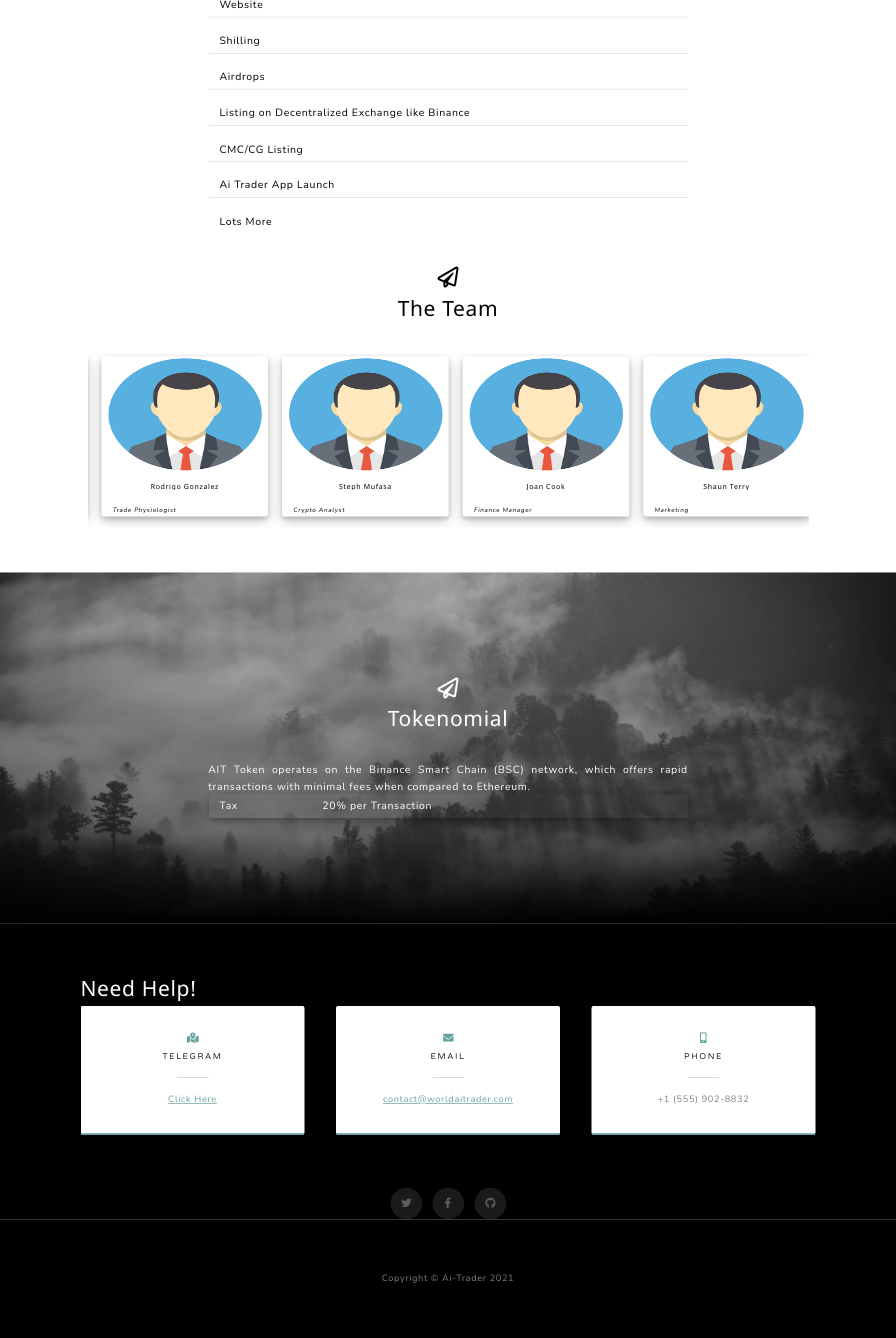
Repository: seyicoded/ico_one
Page: index.html
These files come from the project's save history. The page is drawn as it stood at one moment and after the next save; the edit follows.
The browser window is 1280 px wide. The pictures show the part of the page from y = 3307 to 5227 px (the page is 5219 px tall before and 5227 px after), at 70% of full size.

Above is the page before, as saved 2022-03-08 15:58:28.

After the next save:
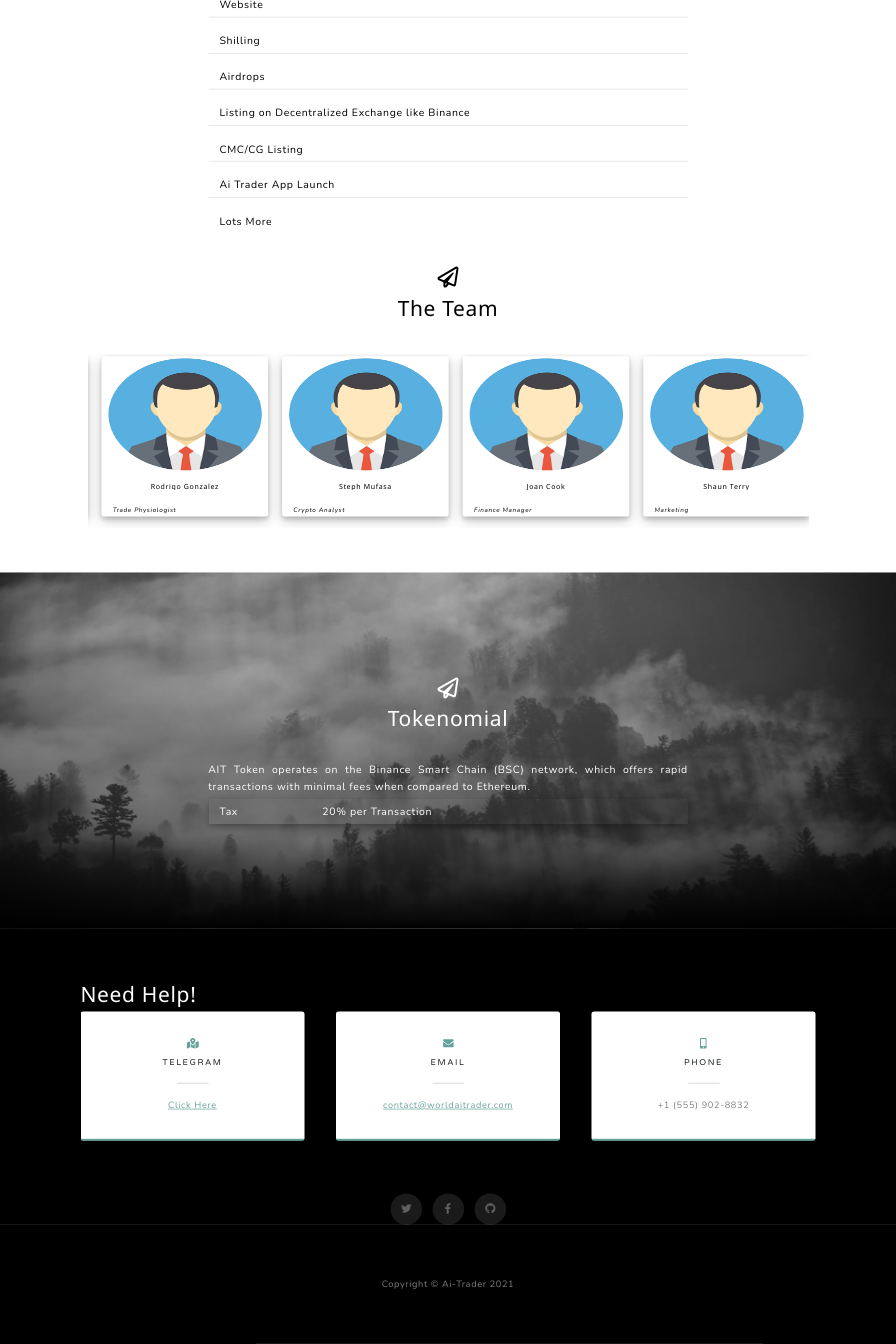
Saved 29 s later.
--- a/index.html
+++ b/index.html
@@ -314,7 +314,7 @@
                             AIT Token operates on the Binance Smart Chain (BSC) network, which offers
                             rapid transactions with minimal fees when compared to Ethereum.
                             <br />
-                            <table class="w3-table w3-responsive w3-striped w3-card-4" style="width: 100%;">
+                            <table class="w3-table w3-responsive w3-striped w3-card-4" style="width: 100%; margin-top: 8px">
                                 <tr>
                                     <td>Tax</td>
                                     <td>20% per Transaction</td>
